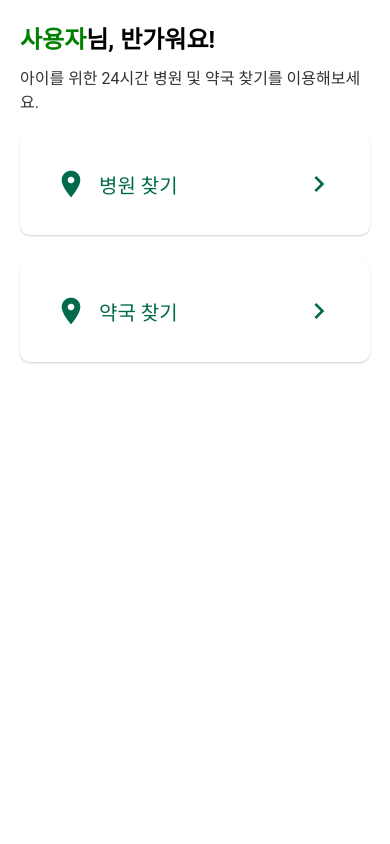
Repository: Sesac-icare/FrontEndiCare
Screen: / (app in iCare/)
An editor plug-in stored every save of this project. The screen is shown before and after the next save, followed by the edit.
The app was drawn by React Native's web renderer in a window 390 px wide. The project was rebuilt for these pictures with package versions that can differ from the ones it lists, and the page was loaded fresh each time. Some packages were replaced by stand-ins written for this rebuild.

Above is the screen before, as saved 2025-02-04 16:07:34.

After the next save:
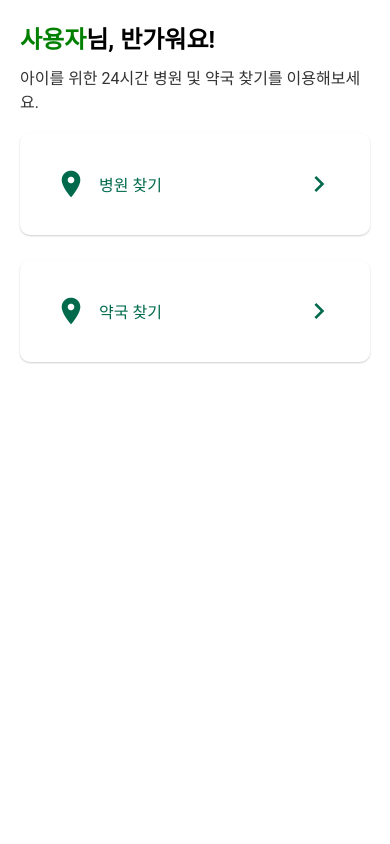
Saved 4 s later.
--- a/iCare/App.js
+++ b/iCare/App.js
@@ -214,7 +214,7 @@ const styles = StyleSheet.create({
     marginLeft: "auto"
   },
   buttonText: {
-    fontSize: 20,
+    fontSize: 16,
     color: "#016a4c",
     fontFamily: "NotoSansKR"
   }
